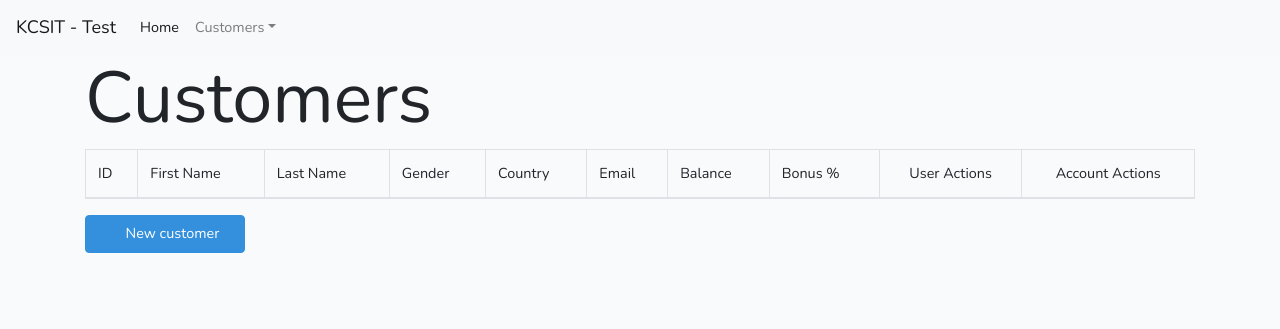
Repository: GilmarBrito/kcsit
Page: http://localhost/customers
The author's editor kept a copy of each file at every save. The page is drawn from the files as they stood at one save, then again after the next save.
The browser window is 1280 px wide. The pictures show the whole page.
The page is served by the project's Laravel application, run on PHP 8.4 with Laravel 8. Style sheets and scripts are compiled from the project's sources, by tool versions that may differ from the author's. Queries for data that is not in the repository find no rows.

Above is the page before, as saved 2020-03-08 23:32:24.
Console error: ReferenceError: $ is not defined

After the next save:
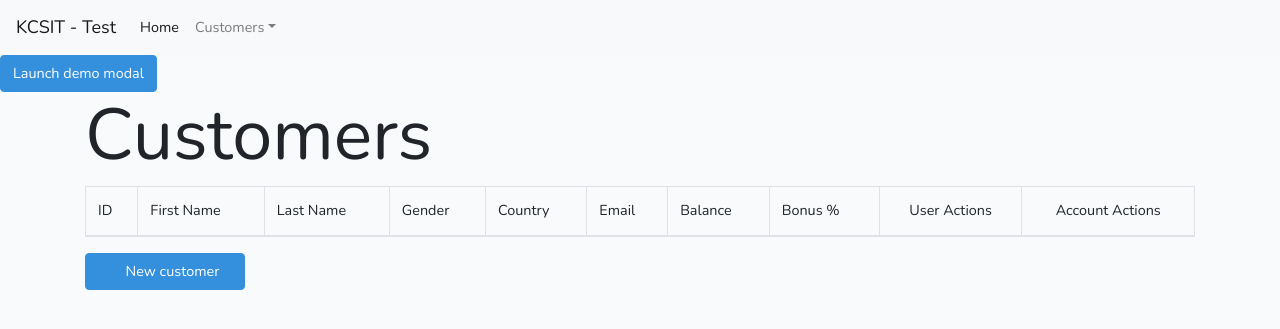
Saved 8 min 27 s later.
--- a/resources/views/base.blade.php
+++ b/resources/views/base.blade.php
@@ -29,6 +29,31 @@
         </div>
     </nav>
     @include('flash-message')
+    <!-- Button trigger modal -->
+<button type="button" class="btn btn-primary" data-toggle="modal" data-target="#exampleModal">
+  Launch demo modal
+</button>
+
+<!-- Modal -->
+<div class="modal fade" id="exampleModal" tabindex="-1" role="dialog" aria-labelledby="exampleModalLabel" aria-hidden="true">
+  <div class="modal-dialog" role="document">
+    <div class="modal-content">
+      <div class="modal-header">
+        <h5 class="modal-title" id="exampleModalLabel">Modal title</h5>
+        <button type="button" class="close" data-dismiss="modal" aria-label="Close">
+          <span aria-hidden="true">&times;</span>
+        </button>
+      </div>
+      <div class="modal-body">
+        ...
+      </div>
+      <div class="modal-footer">
+        <button type="button" class="btn btn-secondary" data-dismiss="modal">Close</button>
+        <button type="button" class="btn btn-primary">Save changes</button>
+      </div>
+    </div>
+  </div>
+</div>
     <div class="container">
         @yield('main')
     </div>

After the save that followed:
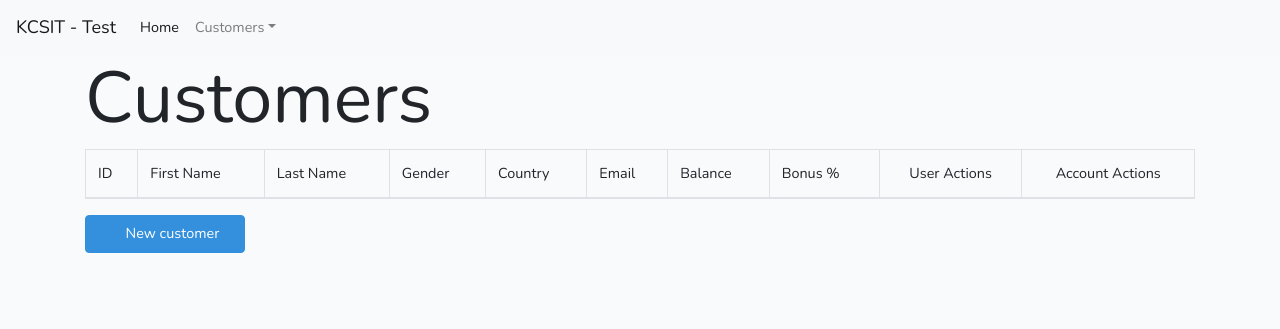
Saved 34 s later.
--- a/resources/views/base.blade.php
+++ b/resources/views/base.blade.php
@@ -29,31 +29,6 @@
         </div>
     </nav>
     @include('flash-message')
-    <!-- Button trigger modal -->
-<button type="button" class="btn btn-primary" data-toggle="modal" data-target="#exampleModal">
-  Launch demo modal
-</button>
-
-<!-- Modal -->
-<div class="modal fade" id="exampleModal" tabindex="-1" role="dialog" aria-labelledby="exampleModalLabel" aria-hidden="true">
-  <div class="modal-dialog" role="document">
-    <div class="modal-content">
-      <div class="modal-header">
-        <h5 class="modal-title" id="exampleModalLabel">Modal title</h5>
-        <button type="button" class="close" data-dismiss="modal" aria-label="Close">
-          <span aria-hidden="true">&times;</span>
-        </button>
-      </div>
-      <div class="modal-body">
-        ...
-      </div>
-      <div class="modal-footer">
-        <button type="button" class="btn btn-secondary" data-dismiss="modal">Close</button>
-        <button type="button" class="btn btn-primary">Save changes</button>
-      </div>
-    </div>
-  </div>
-</div>
     <div class="container">
         @yield('main')
     </div>
